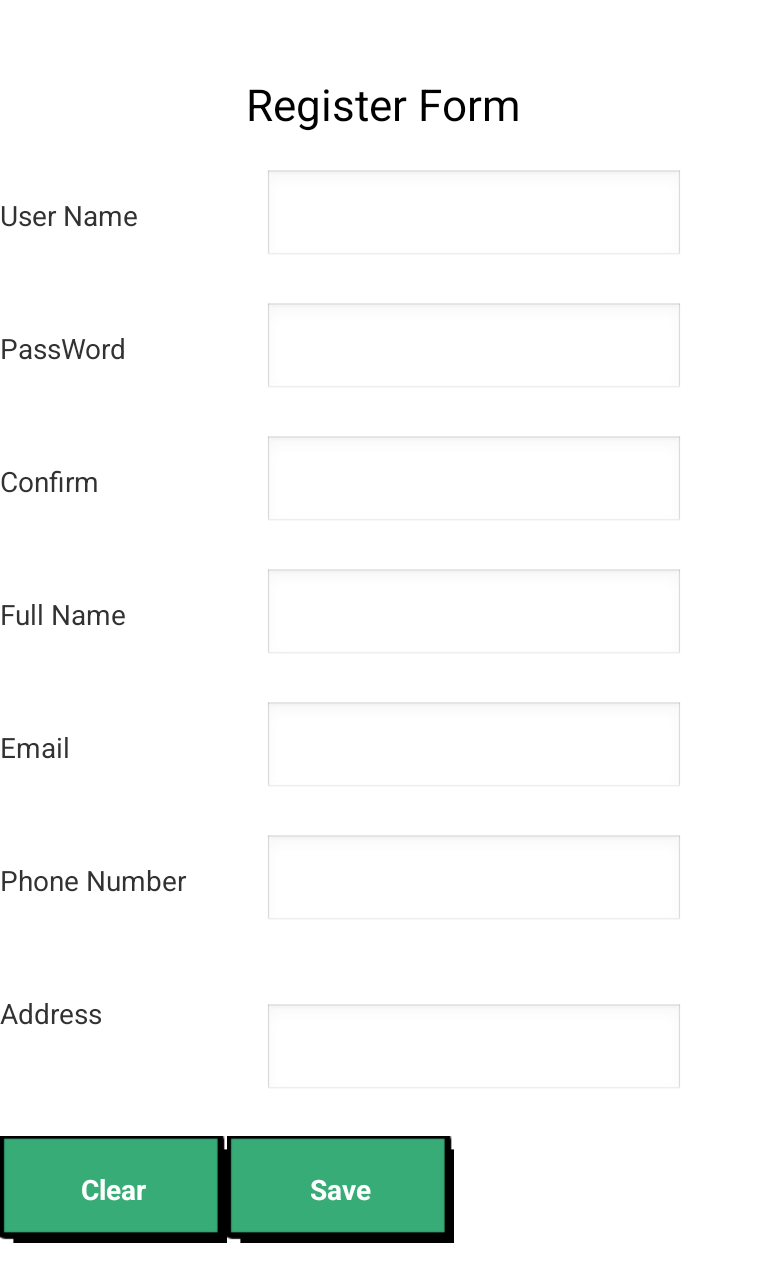
Repository: VanThi/Smart_Order
Layout: Project OS/Project_SO/res/layout/activity_register.xml
These files come from the project's save history. The layout is drawn as it stood at one moment and after the next save; the edit follows.
It is drawn on a 768 x 1280 px phone screen (xhdpi) without system bars, with theme android:Theme.Light.NoTitleBar.Fullscreen; the app's code is not run.

Above is the layout before, as saved 2013-11-09 11:43:23.

### Project OS/Project_SO/res/layout/activity_register.xml
<?xml version="1.0" encoding="utf-8"?>
<LinearLayout xmlns:android="http://schemas.android.com/apk/res/android"
    android:layout_width="match_parent"
    android:layout_height="match_parent"
    android:orientation="vertical" >

    <TextView
        android:layout_width="wrap_content"
        android:layout_height="wrap_content"
        android:layout_weight="1" />

    <TextView
        android:id="@+id/registerForm"
        android:layout_width="wrap_content"
        android:layout_height="wrap_content"
        android:layout_gravity="center"
        android:layout_weight="1"
        android:text="@string/registerForm"
        android:textAppearance="?android:attr/textAppearanceLarge" />

    <LinearLayout
        android:layout_width="wrap_content"
        android:layout_height="wrap_content"
        android:layout_weight="1"
        android:orientation="horizontal" >

        <TextView
            android:id="@+id/tv_userName"
            android:layout_width="wrap_content"
            android:layout_height="wrap_content"
            android:ems="8"
            android:text="@string/userName" />

        <EditText
            android:id="@+id/et_userName"
            android:layout_width="wrap_content"
            android:layout_height="wrap_content"
            android:ems="10"
            android:inputType="text" />
    </LinearLayout>

    <LinearLayout
        android:layout_width="wrap_content"
        android:layout_height="wrap_content"
        android:layout_weight="1"
        android:orientation="horizontal" >

        <TextView
            android:id="@+id/tv_pass"
            android:layout_width="wrap_content"
            android:layout_height="wrap_content"
            android:ems="8"
            android:text="@string/password" />

        <EditText
            android:id="@+id/et_password"
            android:layout_width="wrap_content"
            android:layout_height="wrap_content"
            android:ems="10"
            android:inputType="textPassword" />
    </LinearLayout>

    <LinearLayout
        android:layout_width="wrap_content"
        android:layout_height="wrap_content"
        android:layout_weight="1"
        android:orientation="horizontal" >

        <TextView
            android:id="@+id/confrim"
            android:layout_width="wrap_content"
            android:layout_height="wrap_content"
            android:ems="8"
            android:text="@string/confirm" />

        <EditText
            android:id="@+id/et_comfrim"
            android:layout_width="wrap_content"
            android:layout_height="wrap_content"
            android:ems="10"
            android:inputType="textPassword" />
    </LinearLayout>

    <LinearLayout
        android:layout_width="wrap_content"
        android:layout_height="wrap_content"
        android:layout_weight="1"
        android:orientation="horizontal" >

        <TextView
            android:id="@+id/tv_fullName"
            android:layout_width="wrap_content"
            android:layout_height="wrap_content"
            android:ems="8"
            android:text="@string/fullName" />

        <EditText
            android:id="@+id/et_fullname"
            android:layout_width="wrap_content"
            android:layout_height="wrap_content"
            android:ems="10"
            android:inputType="text" />
    </LinearLayout>

    <LinearLayout
        android:layout_width="wrap_content"
        android:layout_height="wrap_content"
        android:layout_weight="1"
        android:orientation="horizontal" >

        <TextView
            android:id="@+id/tv_email"
            android:layout_width="wrap_content"
            android:layout_height="wrap_content"
            android:ems="8"
            android:text="@string/email" />

        <EditText
            android:id="@+id/et_email"
            android:layout_width="wrap_content"
            android:layout_height="wrap_content"
            android:ems="10"
            android:inputType="textEmailAddress" />
    </LinearLayout>

    <LinearLayout
        android:layout_width="wrap_content"
        android:layout_height="wrap_content"
        android:layout_weight="1"
        android:orientation="horizontal" >

        <TextView
            android:id="@+id/tv_phoneNumber"
            android:layout_width="wrap_content"
            android:layout_height="wrap_content"
            android:ems="8"
            android:text="@string/phoneNumber" />

        <EditText
            android:id="@+id/et_phoneNumber"
            android:layout_width="wrap_content"
            android:layout_height="wrap_content"
            android:ems="10"
            android:inputType="phone" />
    </LinearLayout>

    <LinearLayout
        android:layout_width="wrap_content"
        android:layout_height="wrap_content"
        android:layout_weight="1"
        android:orientation="horizontal" >

        <TextView
            android:id="@+id/tv_address"
            android:layout_width="wrap_content"
            android:layout_height="wrap_content"
            android:ems="8"
            android:text="@string/address" />
        <EditText
            android:id="@+id/et_address"
            android:layout_width="wrap_content"
            android:layout_height="wrap_content"
            android:layout_marginTop="18dp"
            android:ems="10"
            android:inputType="text" />

    </LinearLayout>

    <LinearLayout
        android:layout_width="wrap_content"
        android:layout_height="wrap_content"
        android:layout_weight="1"
        android:orientation="horizontal" >

        <Button
            android:id="@+id/clear"
            style="@style/Button"
            android:layout_width="wrap_content"
            android:layout_height="wrap_content"
            android:text="@string/clear" />

        <Button
            android:id="@+id/save"
            style="@style/Button"
            android:layout_width="wrap_content"
            android:layout_height="wrap_content"
            android:layout_marginRight="16dp"
            android:text="@string/save" />
    </LinearLayout>

</LinearLayout>

### Project OS/Project_SO/res/values/strings.xml
<?xml version="1.0" encoding="utf-8"?>
<resources>

    <string name="app_name">Smart Order</string>
    <string name="action_settings">Settings</string>
    <string name="hello_world">Hello world!</string>
    <string name="menu_item">Menu</string>
    <string name="configuration">View Info</string>
    <string name="viewOrder">View Order</string>
    <string name="logout">Logout</string>
    <string name="exit">Exit</string>
    <string name="userName">User Name</string>
    <string name="password">PassWord</string>
    <string name="address">Address</string>
    <string name="phoneNumber">Phone Number</string>
    <string name="email">Email</string>
    <string name="confirm">Confirm</string>
    <string name="fullName">Full Name</string>
    <string name="register">Have not a account?</string>
    <string name="login">Login</string>
    <string name="developer">CyberSoft Team 1</string>
    <string name="clear">Clear</string>
    <string name="update">Update</string>
    <string name="order">Order</string>
    <string name="save">Save</string>
    <string name="registerForm">Register Form</string>
	<string name="configurationForm">View Info</string>
	<string name="ok">OK</string>
	<string name="back">Back</string>
	<string name="inc">+</string>
	<string name="dec">-</string>

</resources>

### Project OS/Project_SO/res/values/styles.xml
<resources>

    <!--
        Base application theme, dependent on API level. This theme is replaced
        by AppBaseTheme from res/values-vXX/styles.xml on newer devices.
    -->
    <style name="AppBaseTheme" parent="android:Theme.Light">
        <!--
            Theme customizations available in newer API levels can go in
            res/values-vXX/styles.xml, while customizations related to
            backward-compatibility can go here.
        -->
    </style>

    <style name="NoActionBar" parent="@android:style/Theme.Holo.NoActionBar">
        <!-- Inherits the Holo theme with no action bar; no other styles needed. -->
    </style>

    <!-- Application theme. -->
    <style name="AppTheme" parent="AppBaseTheme">
        <!-- All customizations that are NOT specific to a particular API-level can go here. -->
    </style>

    <style name="HeaderBG">
        <item name="android:layout_width">fill_parent</item>
        <item name="android:layout_height">60dp</item>
        <item name="android:background">@drawable/header_bg</item>
        <item name="android:orientation">horizontal</item>
    </style>

    <style name="HeaderText">
        <item name="android:textColor">#FFFFFF</item>
        <item name="android:textSize">22sp</item>
        <item name="android:textStyle">bold</item>
        <item name="android:ellipsize">end</item>
        <item name="android:gravity">center</item>
        <item name="android:singleLine">true</item>
        <item name="android:text">@string/app_name</item>
    </style>

    <style name="Background">
        <item name="android:layout_width">fill_parent</item>
        <item name="android:layout_height">fill_parent</item>
        <item name="android:background">@color/background</item>
        <item name="android:orientation">vertical</item>
    </style>

    <style name="MENU">
        <item name="android:layout_width">fill_parent</item>
        <item name="android:layout_height">63dp</item>
        <item name="android:background">@drawable/menu_bg</item>
        <item name="android:gravity">center_vertical</item>
        <item name="android:padding">10dp</item>
        <item name="android:textColor">#FFFFFF</item>
        <item name="android:textSize">16sp</item>
    </style>

    <style name="TextDescription">
        <item name="android:textColor">@color/black</item>
        <item name="android:textSize">16sp</item>
        <item name="android:typeface">sans</item>
        <item name="android:textStyle">bold</item>
    </style>

    <style name="Text">
        <item name="android:textColor">@color/black</item>
        <item name="android:textSize">20sp</item>
        <item name="android:typeface">sans</item>
    </style>

    <style name="EditText">
        <item name="android:textColor">@color/black</item>
        <item name="android:textSize">14sp</item>
        <item name="android:typeface">sans</item>
        <item name="android:padding">5dp</item>
    </style>

    <style name="Button">
        <item name="android:padding">5dp</item>
        <item name="android:textStyle">bold</item>
        <item name="android:textColor">@color/white</item>
        <item name="android:textSize">14sp</item>
        <item name="android:background">@drawable/btn_bg</item>
        <item name="android:typeface">sans</item>
        <item name="android:layout_width">90dp</item>
        <item name="android:layout_height">40dp</item>
    </style>

    <style name="ButtonRight">
        <item name="android:padding">5dp</item>
        <item name="android:textStyle">bold</item>
        <item name="android:textColor">@color/white</item>
        <item name="android:textSize">14sp</item>
        <item name="android:background">@drawable/btn_bg</item>
        <item name="android:typeface">sans</item>
        <item name="android:layout_width">90dp</item>
        <item name="android:layout_height">40dp</item>
        <item name="android:layout_marginLeft">5dp</item>
    </style>

    <style name="CustomProgressBar" parent="android:Widget.ProgressBar.Horizontal">
        <item name="android:layout_width">200dp</item>
        <item name="android:layout_height">wrap_content</item>
        <item name="android:padding">5dp</item>
        <item name="android:layout_marginRight">10dp</item>
        <item name="android:indeterminateOnly">false</item>
        <item name="android:progressDrawable">@drawable/custom_progress_bar_horizontal</item>
        <item name="android:minHeight">10dip</item>
        <item name="android:maxHeight">20dip</item>
    </style>


</resources>

### Project OS/Project_SO/res/values/colors.xml
<?xml version="1.0" encoding="utf-8"?>
<resources>
	<color name="transparent">#00000000</color>
	<color name="menu_background">#C0C0C0</color>
	<color name="background">#ffffff</color>

	<!-- Process bar -->
	<color name="black">#000000</color>
	<color name="white">#ffffff</color>
	<color name="progressbar">#4b80ce</color>

</resources>

### Project OS/Project_SO/res/drawable/btn_bg.xml
<?xml version="1.0" encoding="utf-8"?>
<selector xmlns:android="http://schemas.android.com/apk/res/android">
    <item android:state_pressed="true"
          android:drawable="@drawable/btn_bg_selected" /> <!-- pressed -->
    <item android:state_focused="true"
          android:drawable="@drawable/btn_bg_selected" /> <!-- focused -->
    <item android:drawable="@drawable/btn_bg_normal" /> <!-- default -->
</selector>

After the next save:
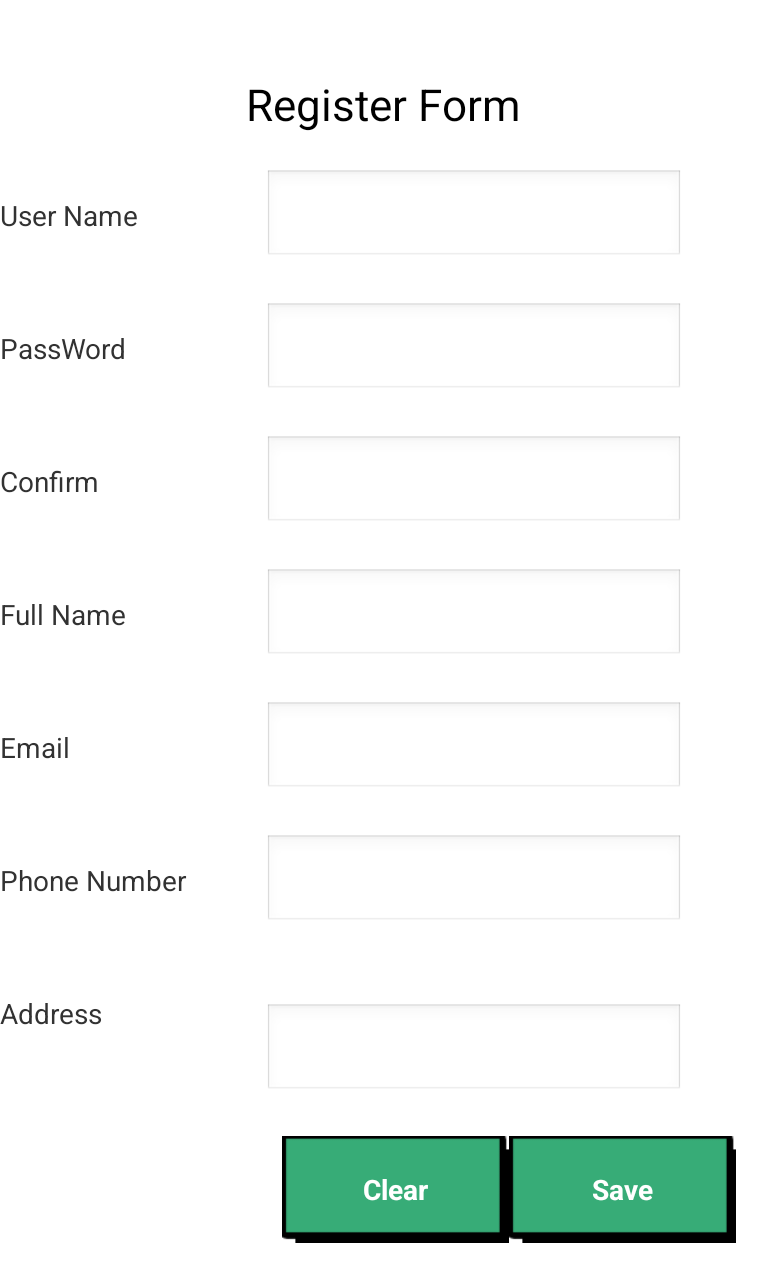
Saved 21 s later.
--- a/Project OS/Project_SO/res/layout/activity_register.xml
+++ b/Project OS/Project_SO/res/layout/activity_register.xml
@@ -170,6 +170,7 @@
         android:layout_width="wrap_content"
         android:layout_height="wrap_content"
         android:layout_weight="1"
+        android:layout_gravity="right"
         android:orientation="horizontal" >
 
         <Button
